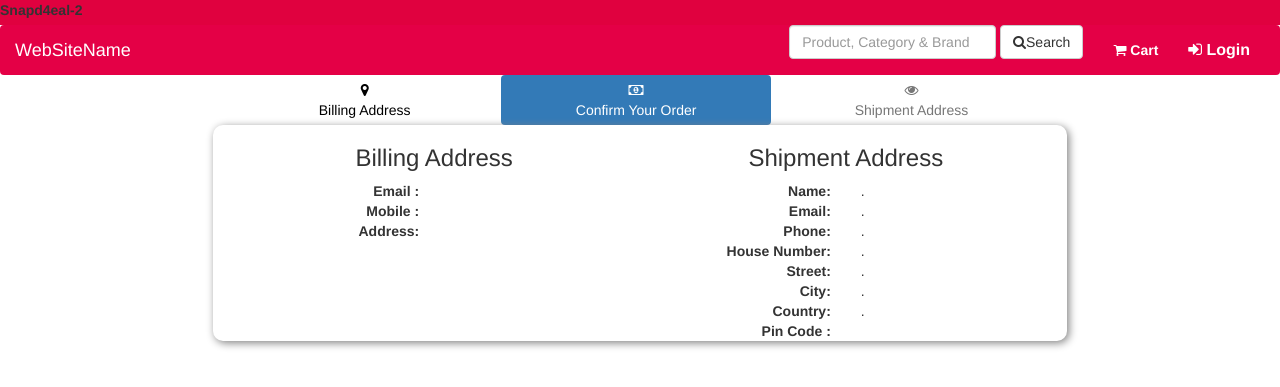
Repository: Aryans26/project
Page: http://localhost/frontend/WEB-INF/views/orderconfirm.jsp
These files come from the project's save history. The page is drawn as it stood at one moment and after the next save; the edit follows.
The browser window is 1280 px wide. The pictures show the whole page.
Some web libraries are served in a nearby version. The page is served by Tomcat 9. Nobody is signed in. Other server files are loaded and not shown. The template is opened directly, without the code that normally fills it, so the values that code supplies are empty.

Above is the page before, as saved 2017-06-21 10:08:29.

### frontend/src/main/webapp/WEB-INF/views/orderconfirm.jsp
<%@ taglib prefix="c" uri="http://www.springframework.org/tags"%>
<%@ taglib prefix="form" uri="http://www.springframework.org/tags/form"%>
<!doctype html>
<html>
<head>
<c:url value="/resource" var="res" />

<!-- <link rel="stylesheet" ref="https://maxcdn.bootstrapcdn.com/bootstrap/3.3.7/css/bootstrap.min.css"> -->
<script
	src="https://ajax.googleapis.com/ajax/libs/jquery/3.2.1/jquery.min.js"></script>
<script
	src="https://maxcdn.bootstrapcdn.com/bootstrap/3.3.7/js/bootstrap.min.js"></script>
<link rel="stylesheet" href="${res}/css/bootstrap.min.css" />
<link rel="stylesheet" href="${res}/css/style.css" />
<link rel="stylesheet" href="${res}/css/font-awesome/css/font-awesome.min.css" />

</head>
<body>
	<%@include file="navbar.jsp"%>

<div class="Container">
<div class="row col-md-10 col-lg-8 col-lg-offset-2">
       <form method="post" action="shop-checkout4.html">
                                <ul class="nav nav-pills nav-justified">
                                    <li ><a href="<c:url value="/previous"/>"><i class="fa fa-map-marker"></i><br>Billing Address</a></li>
                                    <li class="active"><a href="<c:url value="/pay"/>"><i class="fa fa-money"></i><br>Confirm Your Order</a></li>
                                    <li class="disabled"><a href="<c:url value="/orderconfirmation"/>"><i class="fa fa-eye"></i><br>Shipment Address</a></li>
                                </ul>
</form>
</div>
<br>
<div class="col-md-10 col-lg-8 col-lg-offset-2 container box-shadow border-radius">
<div class="col-md-6 col-sm-6 billing-add">
		<h3 class="text-center">Billing Address</h3>
<!-- 		<div class="row"> -->
<!-- 		<div class="col-md-6 col-sm-6 b-r"><b>Name :</b></div> -->
<%-- 		<div class="col-md-6 col-sm-6">${billing.getU_name()} </div> --%>
<!-- 		</div> -->
		<div class="row">
		<div class="col-md-6 col-sm-6 b-r"><b>Email :</b></div>
		<div class="col-md-6 col-sm-6">${billing.getEmail()}</div>
		</div>
		<div class="row"><div class="col-md-6 col-sm-6 b-r"><b>Mobile :</b></div><div class="col-md-6 col-sm-6">${billing.getPhone()}</div></div>
		<div class="row"><div class="col-md-6 col-sm-6 b-r"><b>Address:</b></div><div class="col-md-6 col-sm-6">${billing.getHouse_no()}<br>
		${billing.getStreet_name()}<br>${billing.getCity()}<br>${billing.getState()}<br>${billing.getCountry()}<br>
		${billing.getPincode()}<br>
		</div></div>

		</div>
	<div class="col-md-6 col-sm-6 billing-add">
	     <h3 class="text-center">Shipment Address</h3>

                                               <div class="row" ><div class="col-md-6 col-sm-6 b-r"><b>Name:</b></div> <div class="col-md-6 col-sm-6 ">${shippingAddress.getShip_name()}  .</div></div>
                                                <div class="row" ><div class="col-md-6 col-sm-6 b-r"><b>Email:</b></div><div class="col-md-6 col-sm-6">${shippingAddress.getShip_email()} .</div></div>
                                               <div class="row" ><div class="col-md-6 col-sm-6 b-r"> <b>Phone:</b></div><div class="col-md-6 col-sm-6 ">${shippingAddress.getShip_mono()} .</div></div>
                                                 <div class="row" ><div class="col-md-6 col-sm-6 b-r"> <b>House Number:</b></div><div class="col-md-6 col-sm-6 ">${shippingAddress.getShip_houseno()} .</div></div>
                                               <div class="row" ><div class="col-md-6 col-sm-6 b-r"> <b>Street:</b></div><div class="col-md-6 col-sm-6 ">${shippingAddress.getShip_streetname()} .</div></div>
                                              <div class="row"  ><div class="col-md-6 col-sm-6 b-r"><b>City:</b></div><div class="col-md-6 col-sm-6 ">${shippingAddress.getShip_city()} .</div></div>
                                               <div class="row" ><div class="col-md-6 col-sm-6 b-r"> <b>Country:</b></div><div class="col-md-6 col-sm-6 ">${shippingAddress.getShip_country()} .</div></div>
                                                <div class="row" ><div class="col-md-6 col-sm-6 b-r"><b>Pin Code :</b></div><div class="col-md-6 col-sm-6 ">${shippingAddress.getShip_pincode()}</div></div>



</div>
                                                 </div>

</body>

</html>

### frontend/src/main/webapp/WEB-INF/views/navbar.jsp
<%@ taglib prefix="c" uri="http://www.springframework.org/tags"%>
<%@ taglib prefix="form" uri="http://www.springframework.org/tags/form"%>
<%@ taglib prefix="security" uri="http://www.springframework.org/security/tags" %>
<%@ taglib prefix="c1" uri="http://java.sun.com/jsp/jstl/core"%>
<!DOCTYPE html >
<html>
<head>
<meta http-equiv="Content-Type" content="text/html; charset=ISO-8859-1">
<title>Insert title here</title>
</head>
<body>
	<div class="headder">
		<b>Snapd4eal-2</b>
	</div>

	<nav class="navbar navbar-default" style="color: white;">
		<div class="container-fluid">
			<div class="navbar-header">
				<button type="button" class="navbar-toggle" data-toggle="collapse" data-target="#myNavbar">
					<span class="icon-bar"></span> <span class="icon-bar"></span>
					<span class="icon-bar"></span>
				</button>
				<a class="navbar-brand" href="<c:url value="/"/>"
					style="color: white;">WebSiteName</a>
				<form class="navbar-form navbar-right visible-sm visible-xs">
					<div class="form-group">
						<input type="text" class="form-control"
							placeholder="Product, Category & Brand">
					</div>
					<button type="submit" class="btn btn-default">
						<i class="fa fa-search"></i>Search
					</button>

				</form>
			</div>
			<div class="collapse navbar-collapse" id="myNavbar">
			<c1:if test="${pageContext.request.userPrincipal.name!=null}">
			<security:authorize access="hasRole('ROLE_ADMIN')">
				<ul class="nav navbar-nav">
					<li style="color: white;"><a
						href="<c:url value="/category"/>">Add Category</a></li>
					<li style="color: white;"><a
						href="<c:url value="/addproduct"/>">Add Product</a></li>
					<li style="color: white;"><a
						href="<c:url value="/supplier"/>">Add Supplier</a></li>
<!-- 					<li style="color: white;"><a -->
<%-- 						href="<c:url value="/addcard"/>">Add Card</a></li> --%>

				</ul>
				</security:authorize>
				</c1:if>
				<ul class="nav navbar-nav navbar-right">
					<li><a href="<c:url value="/viewcart"/>"><i class="fa fa-shopping-cart"></i>
							Cart</a></li>

					<li class="dropdown"><a href="#" class="dropbtn"><span
							class="fa fa-sign-in"></span>
							<c1:if test="${pageContext.request.userPrincipal.name==null}"> Login </c1:if>
							 <c1:if test="${pageContext.request.userPrincipal.name!=null}">  Logout</c1:if></a>

						<div class="dropdown-content">
							<a href="#">your account</a>
							<a href="#">your orders</a>
							<c1:if test="${pageContext.request.userPrincipal.name==null}">

							<a href="<c:url value="/users"/>" class="hvr-reg-bordertop" > new user ?<br>
							<b>register</b></a>
<%-- <a href="<c:url value="/login"/>"><button type="button" class="btn btn-danger" style="width: 90%; margin: 10px;">Login</button></a> --%>
							<button type="button" class="btn btn-danger" data-toggle="modal"
								data-target="#myModal" style="width: 90%; margin: 10px;">Login</button>
								</c1:if>

								<c1:if test="${pageContext.request.userPrincipal.name!=null}">
					<a href="<c:url value="/j_spring_security_logout"/>"><button type="button" class="btn btn-danger" >Logout</button></a>
								</c1:if>
						</div></li>

				</ul>
				<form class="navbar-form navbar-right hidden-sm hidden-xs">
					<div class="form-group">
						<input type="text" class="form-control"
							placeholder="Product, Category & Brand">
					</div>
					<button type="submit" class="btn btn-default">
						<i class="fa fa-search"></i>Search
					</button>

				</form>

			</div>
		</div>
	</nav>


	<!-- Modal -->
	<div class="modal fade" id="myModal" role="dialog">
		<div class="modal-dialog modal-lg">
			<div class="modal-content">
				<div class="modal-header">
					<button type="button" class="close" data-dismiss="modal">&times;</button>
					<h4 class="modal-title">Login</h4>
				</div>
				<div class="modal-body">
				<c1:url value="/j_spring_security_check" var="a"/>
					<form role="form" method="post" action="${a} ">
						<div class="form-group">
				<label for="email">Email address:</label>
				<input type="email" class="form-control" id="email" name="j_username" placeholder="Email Id">
						</div>
						<div class="form-group">
				<label for="pwd">Password:</label>
				 <input type="password" class="form-control" id="pwd" name="j_password" placeholder="Password">
						</div>
						<div class="checkbox">
							<label><input type="checkbox"> Remember me</label>
						</div>
						<a class="cursor" data-dismiss="modal" data-toggle="modal"
							data-target="#myModal1">new User ? <b>register</b></a>
						<button type="submit" class="btn btn-success">Submit</button>
					</form>
				</div>
				<div class="modal-footer">
					<button type="button" class="btn btn-default" data-dismiss="modal">Close</button>
				</div>
			</div>
		</div>
	</div>

</body>
</html>

### frontend/src/main/webapp/resource/css/style.css
@charset "utf-8";
/* CSS Document */
.headder {
	min-height: 25px;
	background-color: #E0013F;
}

.navbar-default, .navbar-default li {
	background-color: #e40046;
	color: white;
}

.navbar-default li a {
	color: #FFF;
	font-weight: bold;
}

.navbar-nav li:hover, .navbar-nav li:focus, .navbar-nav li:active {
	background-color: #333;
}

.navbar-nav dropdown:hover {
	background-color: #333;
}

.dropbtn {
	color: white;
	padding: 16px;
	font-size: 16px;
	border: none;
	cursor: pointer;
}

.
.dropdown:hover {
	background-color: #333;
	color: white;
	padding: 16px;
	font-size: 16px;
	border: none;
	cursor: pointer;
}

.dropdown {
	position: relative;
	display: inline-block;
}

.dropdown-content {
	display: none;
	position: absolute;
	background-color: #333;
	min-width: 160px;
	right: 5px;
	box-shadow: 0px 8px 16px 0px rgba(0, 0, 0, 0.2);
	z-index: 1;
}

.dropdown-content a {
	color: black;
	font-size: 14px !important;
	font-weight: normal !important;
	text-align: center;
	padding: 12px 16px;
	text-decoration: none;
	display: block;
}

.dropdown-content a:hover {
	background-color: #000;
}

.dropdown:hover .dropdown-content {
	display: block;
}

.dropdown:hover .dropbtn {
	background-color: #333;
}

.dropdown-content .hvr-reg-bordertop {
	border-top: 1px solid #999;
	padding-top: 20px;
	margin-bottom: 0;
	padding-bottom: 0;
}

.cursor {
	cursor: pointer;
}

.form-fill{
	max-width:500px;
	box-shadow:2px 2px 8px  grey;
	padding:30px 20px;
	margin:10px auto;
	border-radius:10px;
}

.form-list-table{
	border:2px solid grey;
	box-shadow:4px 4px 8px grey;
	border-radius:10px;
}
.head3{
	color:#e40046;
	font-weight:bold;
	text-align:center;
	text-shadow:2px 2px 4px grey;
}

.items-list-head > div{
	Color:red;
	text-align:center;
	font-weight:bolder;
	font-size:20px;
}
.items-list > div{
	border-top:1px solid grey;
	line-height:40px;
	text-align:center;
	font-weight:bold;
}

.box-shadow{
	border-radius:10px;
	box-shadow:2px 2px 8px grey;
}

.list-head{
	font-size:16px;
	font-weight:bold;
	text-shadow:1px 1px 1px grey;
}

.billing-add .b-r{
	text-align:right;
}

Loaded but not shown: frontend/src/main/webapp/resource/css/bootstrap.min.css (library); frontend/src/main/webapp/resource/css/font-awesome/css/font-awesome.min.css (library)

After the next save:
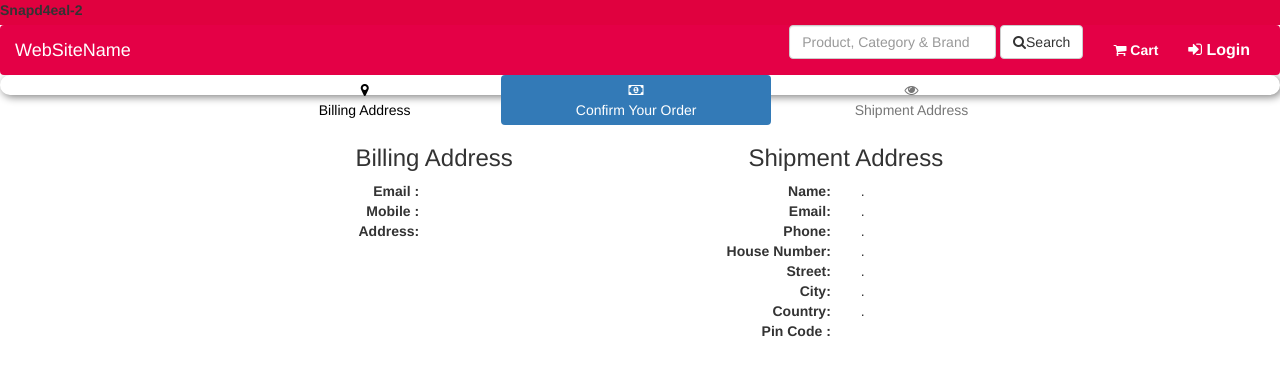
Saved 54 s later.
--- a/frontend/src/main/webapp/WEB-INF/views/orderconfirm.jsp
+++ b/frontend/src/main/webapp/WEB-INF/views/orderconfirm.jsp
@@ -18,7 +18,7 @@
 <body>
 	<%@include file="navbar.jsp"%>
 
-<div class="Container">
+<div class="Container box-shadow border-radius">
 <div class="row col-md-10 col-lg-8 col-lg-offset-2">
        <form method="post" action="shop-checkout4.html">
                                 <ul class="nav nav-pills nav-justified">
@@ -29,7 +29,7 @@
 </form>
 </div>
 <br>
-<div class="col-md-10 col-lg-8 col-lg-offset-2 container box-shadow border-radius">
+<div class="col-md-10 col-lg-8 col-lg-offset-2 ">
 <div class="col-md-6 col-sm-6 billing-add">
 		<h3 class="text-center">Billing Address</h3>
 <!-- 		<div class="row"> -->
@@ -63,6 +63,7 @@
 
 </div>
                                                  </div>
+                                                 </div>
 
 </body>
 
